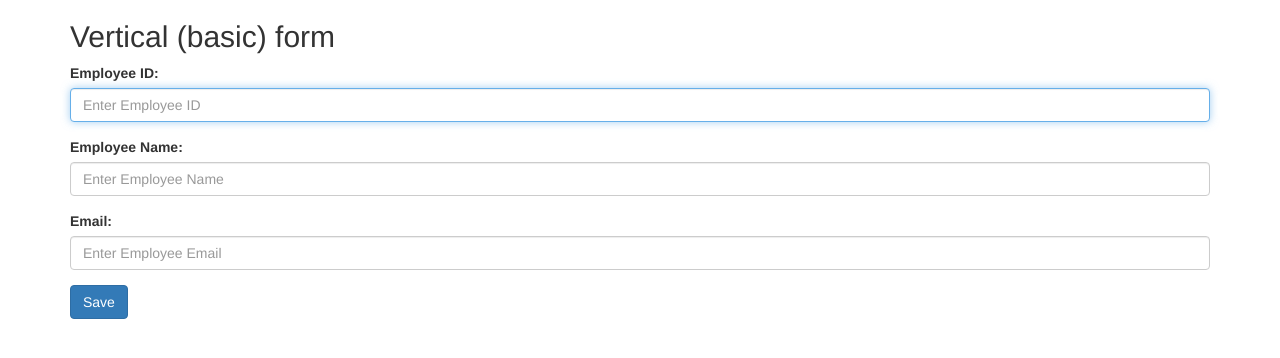
Repository: priyankajainmodi/JsonPowerDB
Page: index.html
An editor plug-in stored every save of this project. The page is shown before and after the next save, followed by the edit.
The browser window is 1280 px wide. The pictures show the whole page.

Above is the page before, as saved 2022-06-15 15:45:32.

### index.html
<html lang="en">

<head>
    <title>Bootstrap Example</title>
    <meta charset="utf-8">
    <meta name="viewport" content="width=device-width, initial-scale=1">
    <link rel="stylesheet" href="https://maxcdn.bootstrapcdn.com/bootstrap/3.4.1/css/bootstrap.min.css">
    <script src="https://ajax.googleapis.com/ajax/libs/jquery/3.5.1/jquery.min.js"></script>
    <script src="https://maxcdn.bootstrapcdn.com/bootstrap/3.4.1/js/bootstrap.min.js"></script>
</head>

<body>
    <div class="container">
        <h2>Vertical (basic) form</h2>
        <form id="empForm" method="post">
            <div class="form-group">
                <span><label for="empId">Employee ID:</label> <label id="empIdMsg">
</label></span>
                <input type="text" class="form-control" name="empId" id="empId" placeholder="Enter Employee ID" required>
            </div>
            <div class="form-group">
                <label for="empName">Employee Name:</label>
                <input type="text" class="form-control" id="empName" placeholder="Enter Employee Name" name="empName">
            </div>
            <div class="form-group">
                <label for="empEmail">Email:</label>
                <input type="email" class="form-control" id="empEmail" placeholder="Enter Employee Email" name="empEmail">
            </div>
            <input type="button" class="btn btn-primary" id="empSave" value="Save" onclick="saveEmployee()">
        </form>
    </div>
    <script>
        $("#empId").focus();

        function validateAndGetFormData() {
            var empIdVar = $("#empId").val();
            if (empIdVar === "") {
                alert("Employee ID Required Value");
                $("#empId").focus();
                return "";
            }
            var empNameVar = $("#empName").val();
            if (empNameVar === "") {
                alert("Employee Name is Required Value");
                $("#empName").focus();
                return "";
            }
            var empEmailVar = $("#empEmail").val();
            if (empEmailVar === "") {
                alert("Employee Email is Required Value");
                $("#empEmail").focus();
                return "";
            }
            var jsonStrObj = {
                empId: empIdVar,
                empName: empNameVar,
                empEmail: empEmailVar,
            };
            return JSON.stringify(jsonStrObj);
        }
        // This method is used to create PUT Json request.
        function createPUTRequest(connToken, jsonObj, dbName, relName) {
            var putRequest = "{\n" +
                "\"token\" : \"" +
                connToken +
                "\"," +
                "\"dbName\": \"" +
                dbName +
                "\",\n" + "\"cmd\" : \"PUT\",\n" +
                "\"rel\" : \"" +
                relName + "\"," +
                "\"jsonStr\": \n" +
                jsonObj +
                "\n" +
                "}";
            return putRequest;
        }

        function executeCommand(reqString, dbBaseUrl, apiEndPointUrl) {
            var url = dbBaseUrl + apiEndPointUrl;
            var jsonObj;
            $.post(url, reqString, function(result) {
                jsonObj = JSON.parse(result);
            }).fail(function(result) {
                var dataJsonObj = result.responseText;
                jsonObj = JSON.parse(dataJsonObj);
            });
            return jsonObj;
        }

        function resetForm() {
            $("#empId").val("")
            $("#empName").val("");
            $("#empEmail").val("");
            $("#empId").focus();
        }

        function saveEmployee() {
            var jsonStr = validateAndGetFormData();
            if (jsonStr === "") {
                return;
            }
            var putReqStr = createPUTRequest("90936861|-31948784479254024|90932362",
                jsonStr, "SAMPLE", "EMP-REL");
            alert(putReqStr);
            jQuery.ajaxSetup({
                async: false
            });
            /* var resultObj = executeCommand(putReqStr,
                 "http://api.login2explore.com:5577", "/api/iml");*/
            alert(JSON.stringify(resultObj));
            jQuery.ajaxSetup({
                async: true
            });
            resetForm();
        }
    </script>

</body>

</html>

After the next save:
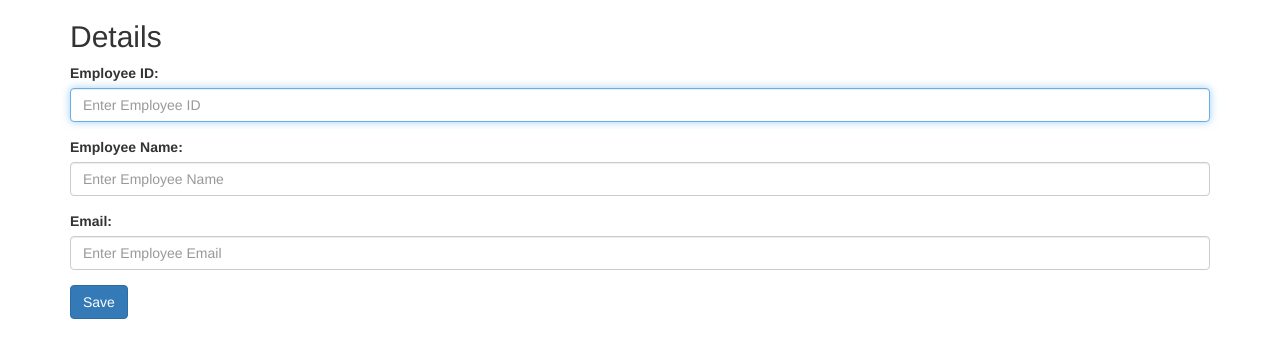
Saved 7 min 5 s later.
--- a/index.html
+++ b/index.html
@@ -11,7 +11,7 @@
 
 <body>
     <div class="container">
-        <h2>Vertical (basic) form</h2>
+        <h2>Details</h2>
         <form id="empForm" method="post">
             <div class="form-group">
                 <span><label for="empId">Employee ID:</label> <label id="empIdMsg">
@@ -100,7 +100,7 @@
             if (jsonStr === "") {
                 return;
             }
-            var putReqStr = createPUTRequest("90936861|-31948784479254024|90932362",
+            var putReqStr = createPUTRequest("90938902|-31949290316774967|90941414",
                 jsonStr, "SAMPLE", "EMP-REL");
             alert(putReqStr);
             jQuery.ajaxSetup({
